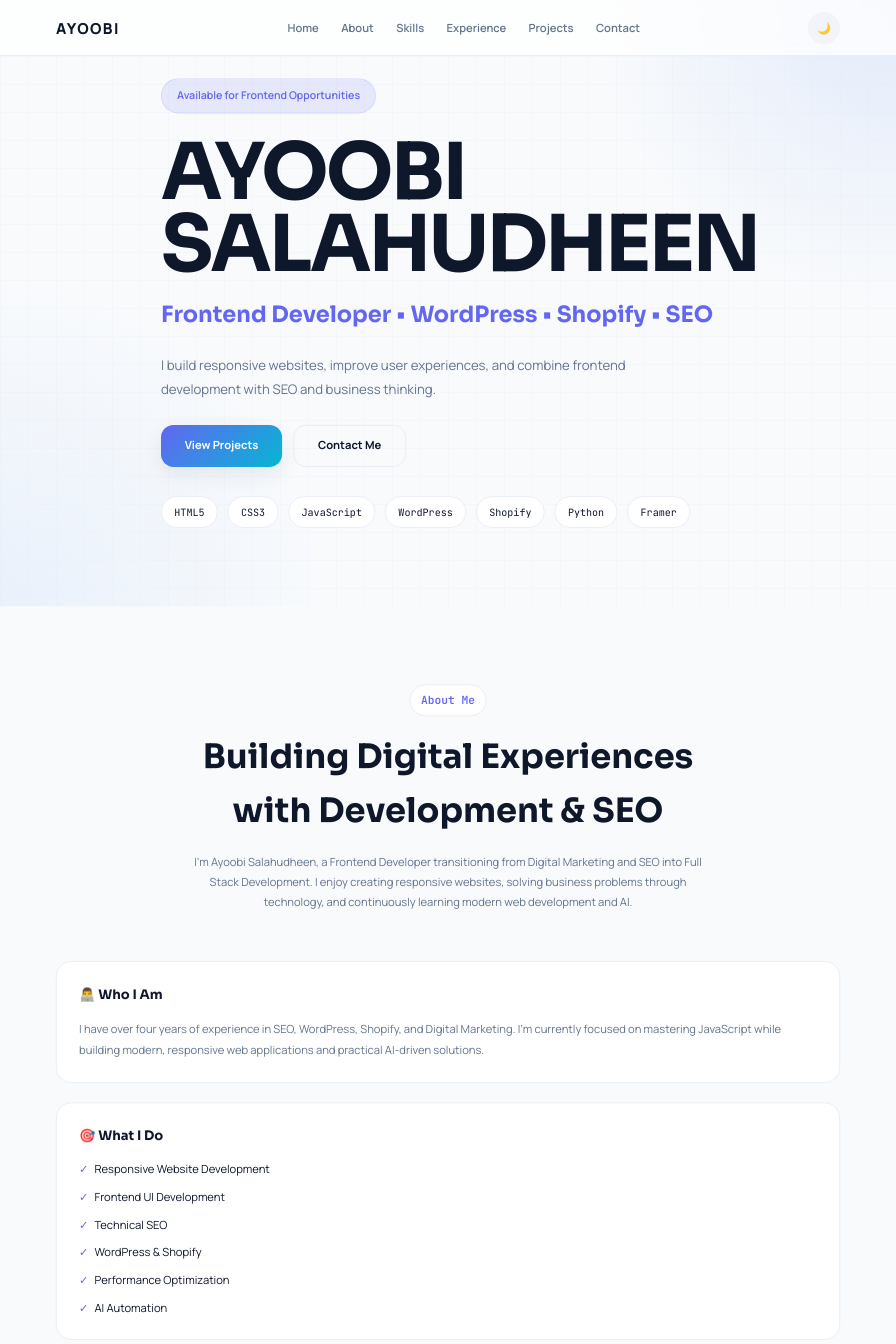
Repository: Aybscoder/portfolio
Page: index.html
An editor plug-in stored every save of this project. The page is shown before and after the next save, followed by the edit.
The browser window is 1280 px wide. The pictures show the part of the page from y = 0 to 1920 px (the page is 9958 px tall before and 10081 px after), at 70% of full size.

Above is the page before, as saved 2026-07-10 14:13:53.

After the next save:
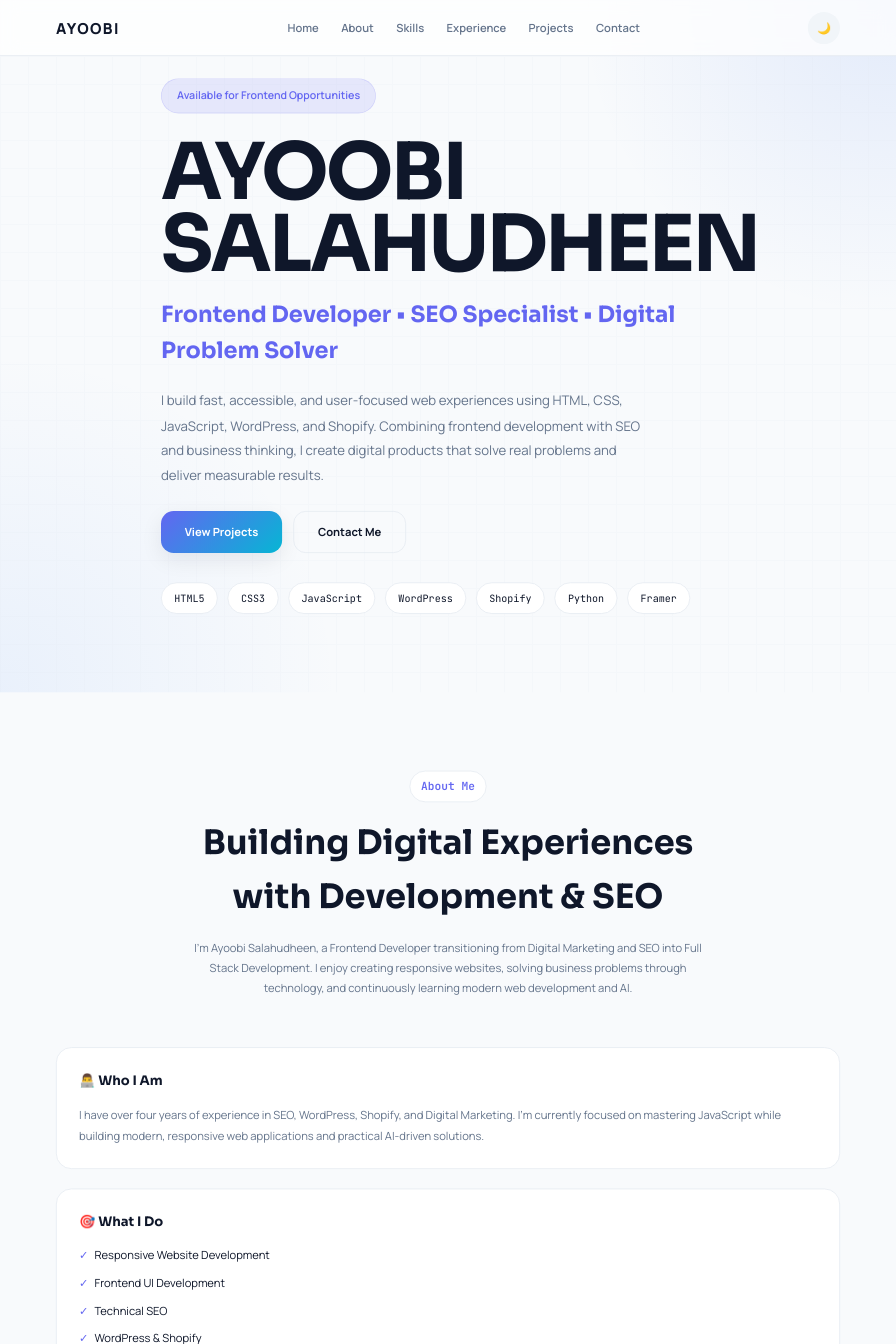
Saved 93 s later.
--- a/index.html
+++ b/index.html
@@ -54,11 +54,10 @@
 
 <h1>AYOOBI<br>SALAHUDHEEN</h1>
 
-<h2>Frontend Developer • WordPress • Shopify • SEO</h2>
+<h2>Frontend Developer • SEO Specialist • Digital Problem Solver</h2>
 
 <p>
-I build responsive websites, improve user experiences,
-and combine frontend development with SEO and business thinking.
+I build fast, accessible, and user-focused web experiences using HTML, CSS, JavaScript, WordPress, and Shopify. Combining frontend development with SEO and business thinking, I create digital products that solve real problems and deliver measurable results.
 
 </p>
 
